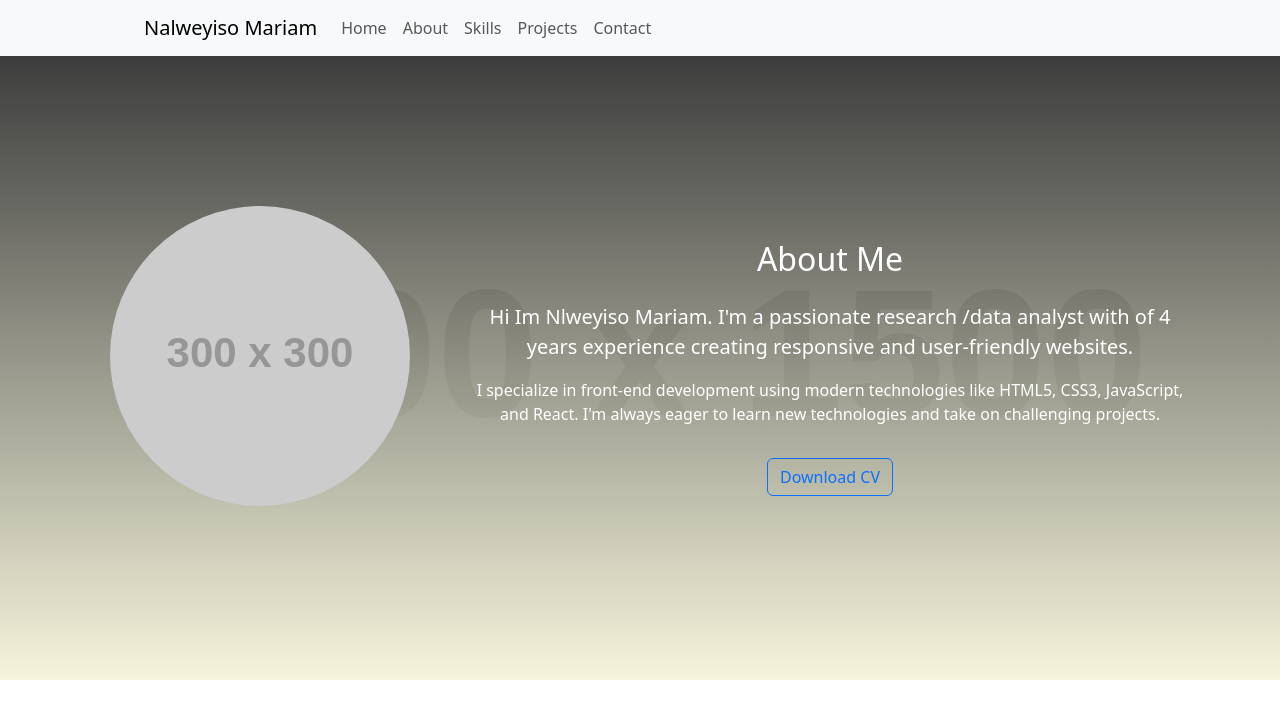
Repository: NalweMari/My-Personal-Portfolio
Page: index.html
These files come from the project's save history. The page is drawn as it stood at one moment and after the next save; the edit follows.
The browser window is 1280 px wide. The pictures show the whole page.

Above is the page before, as saved 2025-11-27 12:45:51.
Console error (its wording comes from the project's code and is left out).

### index.html
<!DOCTYPE html>
<html lang="en">

<head>
    <meta charset="UTF-8">
    <meta name="viewport" content="width=device-width, initial-scale=1.0">
    <title>My Portfolio</title>
    <link rel="stylesheet" href="style.css">
    <!-- Bootstrap CSS -->
    <link href="https://cdn.jsdelivr.net/npm/bootstrap@5.3.0/dist/css/bootstrap.min.css" rel="stylesheet">
    <!-- Font Awesome for icons -->
    <link rel="stylesheet" href="https://cdnjs.cloudflare.com/ajax/libs/font-awesome/6.4.0/css/all.min.css">

</head>

<body>
    <!-- Navigation -->

    <nav class="navbar navbar-expand-lg navbar-light bg-light pink">
        <div class="container me-2">
            <a class="navbar-brand" href="#">Nalweyiso Mariam</a> <button class="navbar-toggler" type="button" data- 6
                toggle="collapse" data-target="#navbarNav" aria-controls="navbarNav" aria-expanded="false"
                aria-label="Toggle navigation"> <span class="navbar-toggler-icon"></span> </button>
            <div class="collapse navbar-collapse" id="navbarNav">
                <ul class="navbar-nav">
                    <a class="nav-link" href="#">Home</a>
                    </li>
                    <li class="nav-item">
                        <a class="nav-link" href="#">About</a>
                    </li>
                    <li class="nav-item">
                        <a class="nav-link" href="#">Skills</a>
                    </li>
                    <li class="nav-item">
                        <a class="nav-link" href="#">Projects</a>
                    </li>
                    <li class="nav-item">
                        <a class="nav-link" href="#">Contact</a>
                    <li class="nav-item active">
                </ul>
            </div>
        </div>
    </nav>

    <!-- Hero Section -->

<section id="home" class="hero-section text-center">
        <div class="container">
            <div class="row align-items-center">
                <div class="col-md-4 text-center mb-4">
                    <img src="https://via.placeholder.com/300" alt="Profile" class="img-fluid rounded-circle">
                </div>
                <div class="col-md-8">
                    <h2 class="mb-4">About Me</h2>
                    <p class="lead">Hi Im Nlweyiso Mariam. I'm a passionate research /data analyst with  of 4 years experience creating responsive and user-friendly websites.</p>
                    <p>I specialize in front-end development using modern technologies like HTML5, CSS3, JavaScript, and React. I'm always eager to learn new technologies and take on challenging projects.</p>
                    <a href="#" class="btn btn-outline-primary mt-3">Download CV</a>
                </div>
            </div>
        </div>
    <script src="https://stackpath.bootstrapcdn.com/bootstrap/4.5.2/js/bootstrap.min.js"></script>
</body>

</html>

### Style.css
.hero-section {
  background: linear-gradient(rgba(0, 0, 0, 0.7), beige),
    url("https://via.placeholder.com/1500") center/cover no-repeat;
  color: white;
  padding: 150px 0;
}
.skill-bar {
  height: 20px;
  background-color: #e9ecef;
  border-radius: 5px;
  margin-bottom: 15px;
}
.skill-progress {
  height: 100%;
  border-radius: 5px;
  background-color: #0d6efd;
}
.project-card {
  transition: transform 0.3s;
}
.project-card:hover {
  transform: translateY(-5px);
}

After the next save:
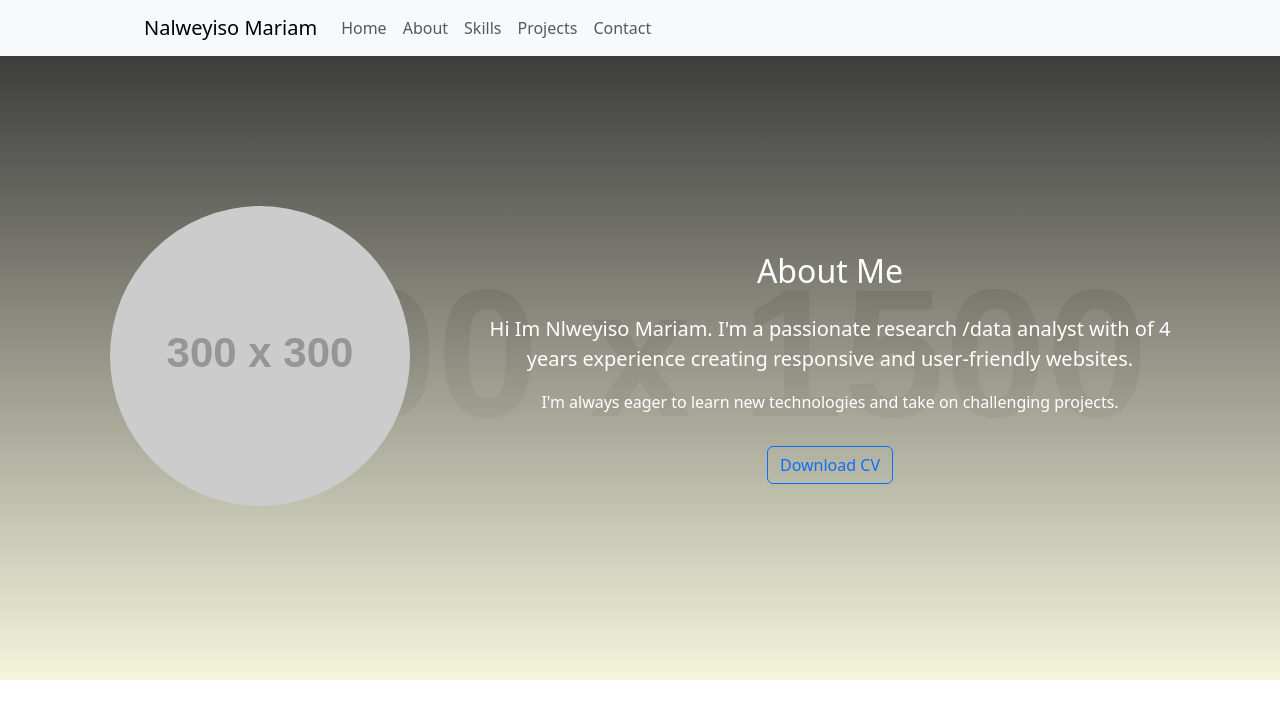
Saved 21 s later.
--- a/index.html
+++ b/index.html
@@ -53,7 +53,7 @@
                 <div class="col-md-8">
                     <h2 class="mb-4">About Me</h2>
                     <p class="lead">Hi Im Nlweyiso Mariam. I'm a passionate research /data analyst with  of 4 years experience creating responsive and user-friendly websites.</p>
-                    <p>I specialize in front-end development using modern technologies like HTML5, CSS3, JavaScript, and React. I'm always eager to learn new technologies and take on challenging projects.</p>
+                    <p>I'm always eager to learn new technologies and take on challenging projects.</p>
                     <a href="#" class="btn btn-outline-primary mt-3">Download CV</a>
                 </div>
             </div>
